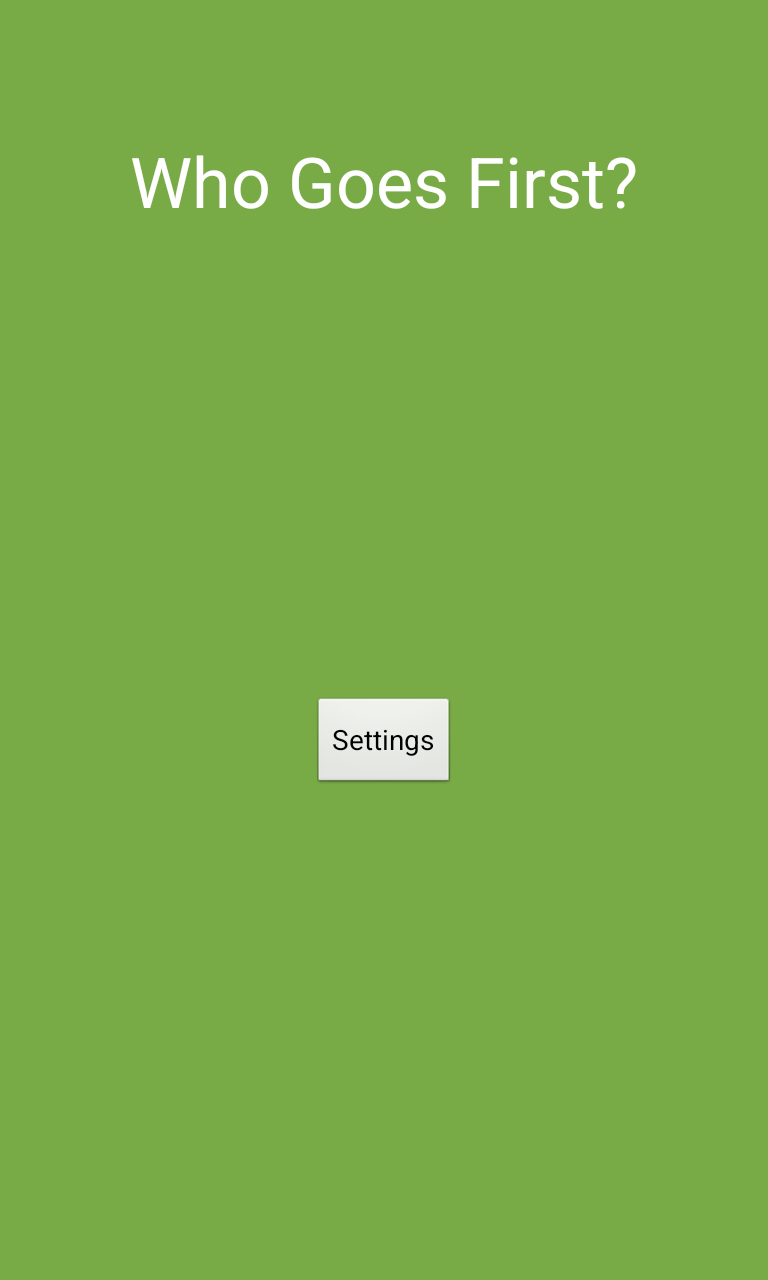
Repository: DarwinLYang/WhoGoesFirstApp
Layout: Who First/WhoFirst/res/layout/fragment_main.xml
An editor plug-in stored every save of this project. The layout is shown before and after the next save, followed by the edit.
It is drawn on a 768 x 1280 px phone screen (xhdpi) without system bars, with theme android:Theme.NoTitleBar.Fullscreen; the app's code is not run.

Above is the layout before, as saved 2014-04-11 21:25:08.

After the next save:
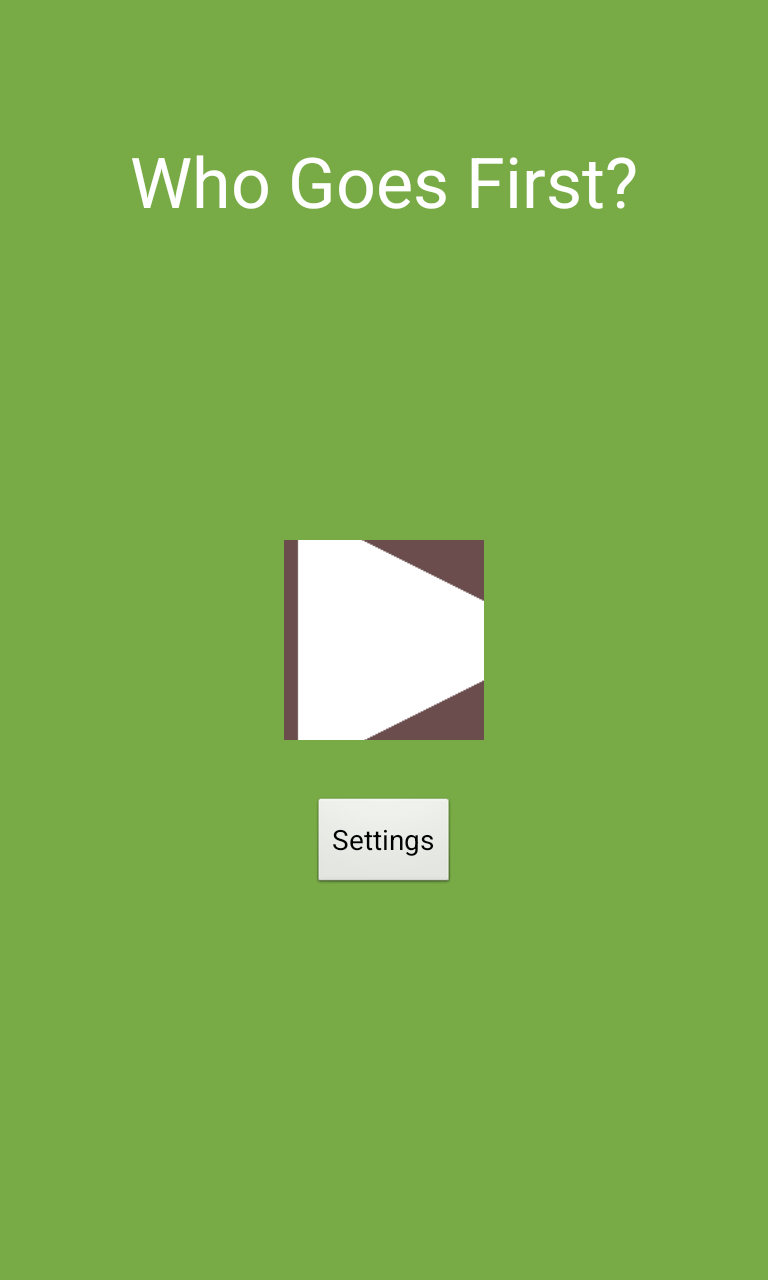
Saved 28 s later.
--- a/Who First/WhoFirst/res/layout/fragment_main.xml
+++ b/Who First/WhoFirst/res/layout/fragment_main.xml
@@ -19,14 +19,16 @@
 
     <ImageButton
         android:id="@+id/questionButton"
+        android:layout_width="100dp"
+        android:layout_height="100dp"
         android:layout_centerHorizontal="true"
         android:layout_centerVertical="true"
         android:adjustViewBounds="true"
         android:background="@drawable/round_button"
         android:contentDescription="@string/description_main_button"
         android:gravity="center_vertical|center_horizontal"
-        android:src="@drawable/start_button"
-        android:onClick="questionScreen" />
+        android:onClick="questionScreen"
+        android:src="@drawable/start_button" />
 
     <Button
         android:id="@+id/settingsButton"
